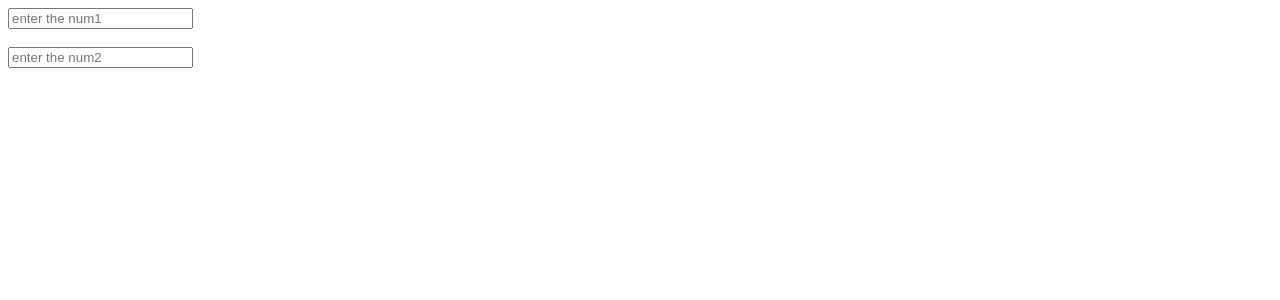
Repository: VIJAYkollu-7568/rakhi
Page: jsp/src/main/webapp/calculator.html
These files come from the project's save history. The page is drawn as it stood at one moment and after the next save; the edit follows.
The browser window is 1280 px wide. The pictures show the whole page.

Above is the page before, as saved 2024-11-07 09:25:34.

After the next save:
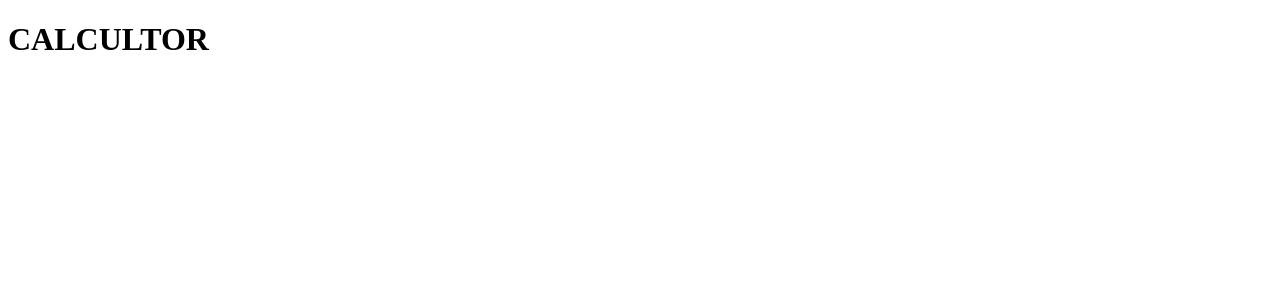
Saved 34 s later.
--- a/jsp/src/main/webapp/calculator.html
+++ b/jsp/src/main/webapp/calculator.html
@@ -5,14 +5,7 @@
 <title>Insert title here</title>
 </head>
 <body>
-<input placeholder="enter the num1" type="text" name="num1"required>
-<br>
-<br>
-
-<input placeholder="enter the num2" type="text" name="num2" required>
-
-<br>
-<br>
+<h1>CALCULTOR</h1>
 
 
 
